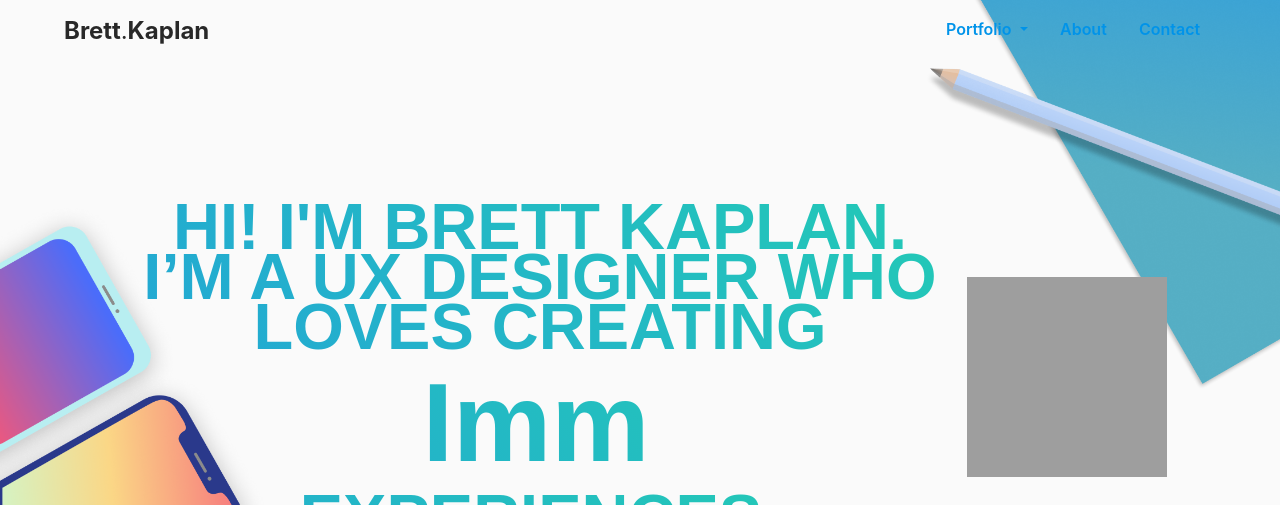
Repository: bkap1690/bkap1690.github.io
Page: index.html
An editor plug-in stored every save of this project. The page is shown before and after the next save, followed by the edit.
The browser window is 1280 px wide. The pictures show the part of the page from y = 0 to 505 px (the page is 2248 px tall).
Pictures or frames that could not be fetched are drawn as grey boxes. A picture or video elsewhere on the page could not be fetched, so the positions and the page height are approximate. Backgrounds fixed to the window are drawn as part of the page. Some web libraries are served in a nearby version.

Above is the page before, as saved 2020-10-15 21:13:38.
Console error: TypeError: Cannot set properties of null (setting 'className')

After the next save:
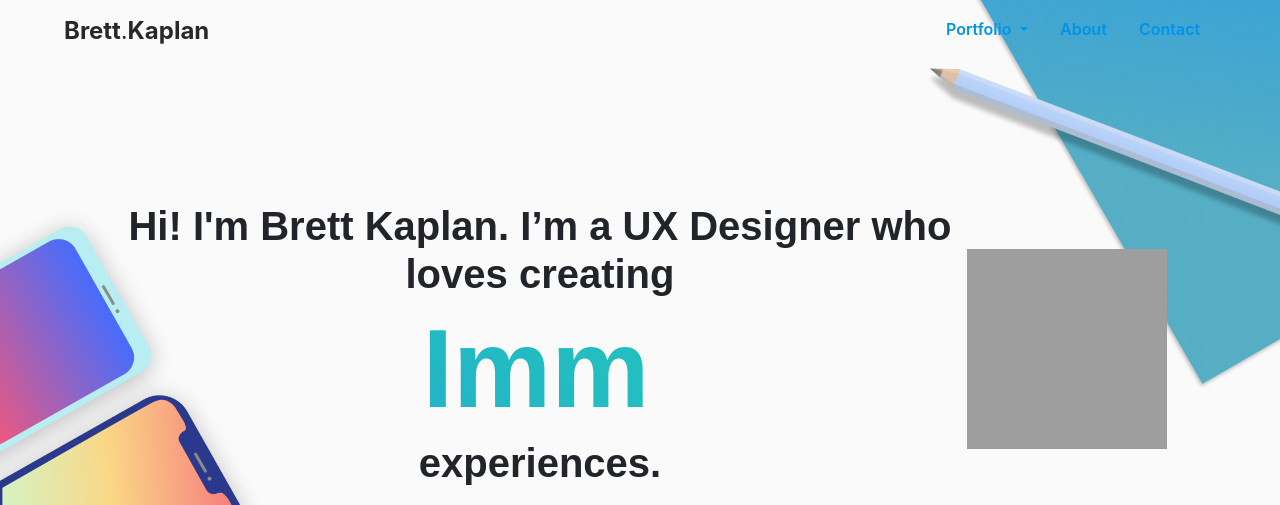
Saved 40 s later.
--- a/index.html
+++ b/index.html
@@ -51,14 +51,14 @@
     <div class="row justify-content-center align-items-center">
       <!-- Content here -->
       <div class="headline col-lg-8 col-md-12">
-        <h1 class="heading text-center">
+        <h1 class="text-center">
           Hi! I'm Brett Kaplan. I’m a UX Designer who loves creating
         </h1>
         <h1 class="typing heading text-center">
           <span class="txt-rotate" data-period="2000"
             data-rotate='[ "enjoyable", "immersive", "people-focused" ]'></span>
         </h1>
-        <h1 class="heading text-center">
+        <h1 class="text-center">
           experiences.
         </h1>
       </div>
